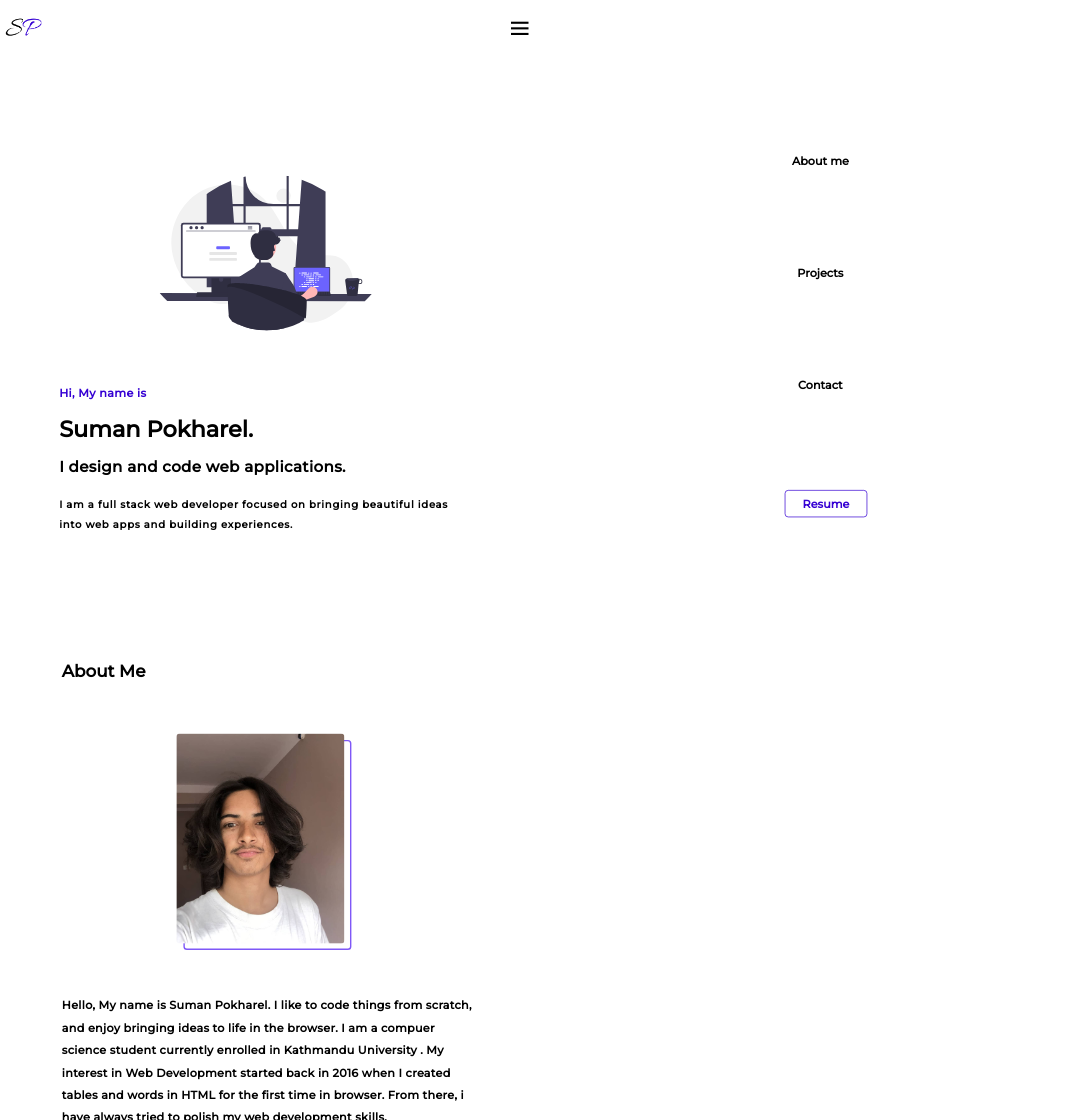
Repository: iamsumanp/portfolio
Page: /
These files come from the project's save history. The page is drawn as it stood at one moment and after the next save; the edit follows.
The browser window is 768 px wide. The page is 1536 px wide, so the pictures cover 1536 px, including what lies to the right of the window. The pictures show the part of the page from y = 0 to 1600 px (the page is 5953 px tall), at 70% of full size.
The project was rebuilt for these pictures with package versions that can differ from the ones it lists, and the page was loaded fresh each time.

Above is the page before, as saved 2022-07-11 15:40:29.

### public/index.html
<!DOCTYPE html>
<html lang="en">
  <head>
    <meta charset="utf-8" />
    <link rel="icon" href="%PUBLIC_URL%/favicon.ico" />
    <meta name="viewport" content="width=device-width, minimum-scale=1" />
    <meta name="theme-color" content="#000000" />
    <meta name="portfolio" content="mePortfolio" />
    <!-- <link rel="apple-touch-ion" href="%PUBLIC_URL%/logo192.png" /> -->

    <link rel="manifest" href="%PUBLIC_URL%/manifest.json" />
    <link rel="preconnect" href="https://fonts.googleapis.com" />
    <link rel="preconnect" href="https://fonts.gstatic.com" crossorigin />
    <link
      href="https://fonts.googleapis.com/css2?family=Montserrat:wght@500&display=swap"
      rel="stylesheet"
    />
    <title>Suman Pokharel</title>
  </head>
  <body>
    <div id="root"></div>
  </body>
</html>

### src/App.tsx
import "./App.css";
import { BrowserRouter as Router } from "react-router-dom";
import { NavBar } from "./Components/NavBar";
import "./styles/styles.css";
import { Hero } from "./Components/Hero";
import { AboutMe } from "./Components/AboutMe";
import { Projects } from "./Components/Projects";
import { Contact } from "./Components/Contact";
import { Footer } from "./Components/Footer";

function App() {
  return (
    <Router>
      <NavBar />
      <Hero />
      <AboutMe />
      <Projects />
      <Contact />
      <hr />
      <Footer />
    </Router>
  );
}

export default App;

### src/Components/NavBar.tsx
import { gsap } from "gsap";
import React, { useEffect, useRef, useState } from "react";
import { HashLink } from "react-router-hash-link";
const myLogo = require("../assets/logo.png");

export const NavBar = () => {
  const [active, setActive] = useState(false);

  const navRef = useRef<HTMLDivElement>(null);

  const q = gsap.utils.selector(navRef);

  const tl0: gsap.TimelineVars | undefined = useRef(null); // gsap.TimelineVars | undefined
  // const tl10: gsap.TimelineVars | undefined = useRef(null); // gsap.TimelineVars | undefined

  // const imgRef = useRef(null);

  const burgerClick = () => {
    setActive(!active);
  };

  useEffect(() => {
    // if (active === false) {
    //   tl10.current = gsap.timeline({ defaults: { duration: 1 } }).fromTo(
    //     q(".navUl"),
    //     {
    //       y: 5,
    //       opacity: 0,
    //     },
    //     {
    //       y: 0,
    //       opacity: 1,
    //       stagger: {
    //         each: 1,
    //       },
    //     }
    //   );
    // }

    tl0.current = gsap.timeline({ defaults: { duration: 1 } }).fromTo(
      q(".logoImg"),
      {
        opacity: 0,
      },
      {
        opacity: 1,
      }
    );
  });

  return (
    <nav className="navBar" ref={navRef}>
      <HashLink to="#heroSection" className="linkHash" smooth>
        <img
          src={myLogo}
          alt="SP"
          className="logoImg"
          onClick={active ? burgerClick : undefined}
          // ref={imgRef}
        />
      </HashLink>

      <ul className={active ? "navUl nav-active" : "navUl"}>
        <li className="navLinks" onClick={active ? burgerClick : undefined}>
          <HashLink to="#aboutMe" className="linkHash" smooth>
            About me
          </HashLink>
        </li>
        <li className="navLinks" onClick={active ? burgerClick : undefined}>
          <HashLink to="#projectSection" className="linkHash" smooth>
            Projects
          </HashLink>
        </li>
        <li className="navLinks" onClick={active ? burgerClick : undefined}>
          <HashLink to="#contact" className="linkHash" smooth>
            Contact
          </HashLink>
        </li>
        <li className="navLinks resume">Resume</li>
      </ul>
      <div className="burgerMenu" onClick={() => burgerClick()}>
        <div className={active ? "line1 toggle" : "line1"}></div>
        <div className={active ? "line2 toggle2" : "line2"}></div>
        <div className={active ? "line3 toggle3" : "line3"}></div>
      </div>
    </nav>
  );
};

### src/styles/styles.css
:root {
  --main-purple: #3500d3;
}

* {
  box-sizing: border-box;
  font-family: "Montserrat", sans-serif;
}

body {
  margin: 0;
  padding: 0;
}
@media (max-width: 900px) {
  body {
    overflow-x: hidden;
  }
}

.navBar {
  display: flex;
  flex-direction: row;
  justify-content: space-between;
  align-items: center;
  min-height: 5rem;
  font-weight: bolder;
  padding: 0.2% 14%;
}
@media (max-width: 1100px) {
  .navBar {
    margin-bottom: 5rem;
    overflow-x: hidden;
    padding: 0.2% 1%;
  }
}
.navBar .logoImg {
  height: 25px;
}
.navBar .navUl {
  list-style: none;
  display: flex;
  flex-direction: row;
}
@media (max-width: 900px) {
  .navBar .navUl {
    position: absolute;
    right: 0;
    top: 8vh;
    height: 100vh;
    background-color: rgb(255, 255, 255);
    flex-direction: column;
    width: 100%;
    z-index: 1;
    justify-content: space-evenly;
    transform: translateX(100%);
    transition: transform 0.4s ease-in;
  }
}
.navBar .nav-active {
  transform: translateX(0%);
}
.navBar .burgerMenu {
  display: none;
}
@media (max-width: 900px) {
  .navBar .burgerMenu {
    display: block;
    cursor: pointer;
  }
}
.navBar .burgerMenu .toggle {
  transform: rotate(-45deg) translate(-5px, 6px);
}
.navBar .burgerMenu .toggle2 {
  opacity: 0;
}
.navBar .burgerMenu .toggle3 {
  transform: rotate(45deg) translate(-5px, -6px);
}
.navBar .burgerMenu div {
  width: 25px;
  height: 3px;
  background-color: black;
  transition: transform 0.4s ease;
  margin: 5px;
}
.navBar .navLinks {
  padding: 0 30px;
  cursor: pointer;
  align-self: center;
  text-decoration: none;
}
.navBar .navLinks.resume {
  border: solid 1px var(--main-purple);
  color: var(--main-purple);
  padding: 9px 25px;
  border-radius: 5px;
  margin-left: 1rem;
}
.navBar .navLinks .linkHash {
  text-decoration: none;
  color: black;
}

.heroSection {
  overflow-x: hidden;
  height: 90vh;
  width: 80%;
  display: flex;
  flex-direction: row;
  align-items: center;
  margin: auto;
  padding: 0 2% 0 5%;
}
@media (max-width: 1100px) {
  .heroSection {
    flex-direction: column-reverse;
    justify-content: center;
    align-items: center;
    padding: 0 2% 0 1%;
  }
}
.heroSection .content {
  display: flex;
  flex-direction: column;
}
@media (max-width: 1100px) {
  .heroSection .content {
    margin-top: 5rem;
  }
}
.heroSection .content .h4text {
  color: var(--main-purple);
}
.heroSection .content .h1text {
  margin-top: 0;
  font-size: 2.5rem;
}
@media (max-width: 800px) {
  .heroSection .content .h1text {
    font-size: 2rem;
  }
}
.heroSection .content .h4text,
.heroSection .content .h2text {
  letter-spacing: 0.5px;
  margin-top: 0;
}
.heroSection .content .h2text {
  font-size: 1.8rem;
}
@media (max-width: 800px) {
  .heroSection .content .h2text {
    font-size: 1.35rem;
  }
}
.heroSection .content .h5text {
  width: 55%;
  line-height: 2;
  letter-spacing: 1px;
  margin-top: 10px;
  font-size: 0.9rem;
}
@media (max-width: 800px) {
  .heroSection .content .h5text {
    width: 100%;
  }
}
.heroSection .svgImgg {
  margin-left: auto;
  width: 22rem;
}
@media (max-width: 1100px) {
  .heroSection .svgImgg {
    margin-left: 0;
  }
}
@media (max-width: 800px) {
  .heroSection .svgImgg {
    width: 19rem;
  }
}

.aboutMeSection {
  width: 80%;
  margin: auto;
  display: flex;
  flex-direction: column;
  justify-content: center;
  padding: 7% 2% 10% 5%;
}
@media (max-width: 1100px) {
  .aboutMeSection {
    padding: 7rem 2% 10% 1.5%;
  }
}
.aboutMeSection .contentAndImage {
  display: flex;
  flex-direction: row;
}
@media (max-width: 1100px) {
  .aboutMeSection .contentAndImage {
    flex-direction: column-reverse;
    margin-top: 2rem;
  }
}
.aboutMeSection .h2textabout {
  margin-top: -3rem;
}
.aboutMeSection .aboutMeContent {
  display: flex;
  flex-direction: column;
  width: 60%;
}
@media (max-width: 1100px) {
  .aboutMeSection .aboutMeContent {
    width: 100%;
  }
}
.aboutMeSection .imgContainer {
  margin-left: auto;
  margin-top: 2rem;
  position: relative;
  height: 350px;
  width: 280px;
  border: solid 2px #7f58f7;
  border-radius: 5px;
}
@media (max-width: 1100px) {
  .aboutMeSection .imgContainer {
    margin-left: 0;
    align-self: center;
    margin-bottom: 2rem;
  }
}
@media (max-width: 800px) {
  .aboutMeSection .imgContainer {
    height: 300px;
    width: 240px;
  }
}
.aboutMeSection .imgContainer .imgProfile {
  height: 350px;
  position: absolute;
  right: 8px;
  top: -11px;
  border-radius: 5px;
}
@media (max-width: 800px) {
  .aboutMeSection .imgContainer .imgProfile {
    height: 300px;
  }
}
.aboutMeSection .spanText {
  font-weight: bold;
  margin-top: 2rem;
  line-height: 2;
  letter-spacing: 0.4px;
}
.aboutMeSection .spanText.tech {
  margin-top: 5rem;
}
.aboutMeSection .backEndFrontEndContainer {
  display: flex;
  flex-direction: row;
  margin-top: 4rem;
  justify-content: space-between;
}
@media (max-width: 1100px) {
  .aboutMeSection .backEndFrontEndContainer {
    flex-direction: column;
  }
}
.aboutMeSection .backEndFrontEndContainer .frontEndBox {
  box-shadow: 0 4px 8px 0 rgba(0, 0, 0, 0.2), 0 6px 20px 0 rgba(0, 0, 0, 0.19);
  padding: 2rem 2.5rem;
  display: flex;
  flex-direction: column;
  border-radius: 5px;
}
@media (max-width: 1100px) {
  .aboutMeSection .backEndFrontEndContainer .frontEndBox {
    padding: 1rem;
    margin-bottom: 3rem;
  }
}
.aboutMeSection .backEndFrontEndContainer .frontEndBox .spanTitle {
  align-self: center;
  text-transform: uppercase;
  font-weight: bold;
}

.frontEndTools,
.backEndBox {
  display: flex;
  flex-direction: row;
  margin-top: 1rem;
}
.frontEndTools .fnTools2,
.backEndBox .fnTools2 {
  margin-left: 3rem;
}
@media (max-width: 900px) {
  .frontEndTools .fnTools2,
.backEndBox .fnTools2 {
    margin-left: 0.1rem;
  }
}
.frontEndTools .fnTool,
.backEndBox .fnTool {
  display: flex;
  align-items: center;
  margin: 1.5rem 0.5rem;
}
.frontEndTools .fnTool .triangleRight,
.backEndBox .fnTool .triangleRight {
  color: var(--main-purple);
}

.techName {
  margin-left: 0.8rem;
  text-transform: uppercase;
  font-size: 15px;
}
@media (max-width: 900px) {
  .techName {
    font-size: 11px;
    margin-left: 0.2rem;
  }
}

.projectsSection {
  width: 80%;
  margin: auto;
  padding: 5% 2% 0 5%;
  display: flex;
  flex-direction: column;
}
@media (max-width: 1100px) {
  .projectsSection {
    padding: 7rem 2% 10% 1.5%;
  }
}
.projectsSection .Project1Container,
.projectsSection .Project3Container {
  display: flex;
  flex-direction: column;
}
.projectsSection .nameLabelLine {
  margin: 2rem 0;
  display: flex;
  flex-direction: row;
  align-items: center;
}
.projectsSection .nameLabelLine .vl {
  border-bottom: 1px solid gray;
  margin-top: 5px;
  height: inherit;
  width: 35%;
}
@media (max-width: 1100px) {
  .projectsSection .nameLabelLine .vl {
    width: 50%;
  }
}
.projectsSection .h2textabout {
  margin-top: -3rem;
}
.projectsSection .projectContentAndImage {
  display: flex;
  flex-direction: row;
  justify-content: space-between;
}
@media (max-width: 1100px) {
  .projectsSection .projectContentAndImage {
    flex-direction: column-reverse;
  }
}
.projectsSection .projectContentAndImage .hirestationImg {
  height: 15rem;
  border-radius: 5px;
  margin-left: auto;
}
@media (max-width: 1100px) {
  .projectsSection .projectContentAndImage .hirestationImg {
    margin-left: 0;
    align-self: center;
    margin: 2rem 0 4rem 0;
  }
}
@media (max-width: 800px) {
  .projectsSection .projectContentAndImage .hirestationImg {
    height: 10rem;
  }
}
.projectsSection .linksContainer {
  display: flex;
  align-items: center;
  margin: 2rem 0;
}

.projContent {
  width: 50%;
  line-height: 1.5;
  letter-spacing: 0.5px;
}
@media (max-width: 1100px) {
  .projContent {
    width: 100%;
  }
}

.projectLabel {
  font-weight: bold;
  margin-right: 1rem;
}

.Project2Container {
  display: flex;
  flex-direction: column;
  margin-top: 5rem;
  margin-bottom: 7.5rem;
}
.Project2Container .nameLabelLine2 {
  margin: 2rem 0;
  display: flex;
  flex-direction: row;
  justify-content: end;
}
.Project2Container .nameLabelLine2 .vl {
  border-bottom: 1px solid gray;
  margin-bottom: 5px;
  width: 35%;
  margin-right: 1rem;
}
@media (max-width: 1100px) {
  .Project2Container .nameLabelLine2 .vl {
    width: 50%;
  }
}
@media (max-width: 800px) {
  .Project2Container .nameLabelLine2 .vl {
    width: 40%;
  }
}

.projectContentAndImage1 {
  display: flex;
  flex-direction: row;
  justify-content: space-between;
}
@media (max-width: 1100px) {
  .projectContentAndImage1 {
    flex-direction: column;
  }
}
.projectContentAndImage1 .baathcheethImg {
  height: 15rem;
  border-radius: 5px;
  margin-right: auto;
  padding-right: 2rem;
}
@media (max-width: 1100px) {
  .projectContentAndImage1 .baathcheethImg {
    margin-right: 0;
    align-self: center;
    margin: 2rem 0 4rem 0;
  }
}
@media (max-width: 800px) {
  .projectContentAndImage1 .baathcheethImg {
    height: 10rem;
  }
}

.ContactSection {
  width: 80%;
  margin: auto;
  padding: 5% 2% 10% 5%;
  display: flex;
  flex-direction: column;
}
@media (max-width: 1100px) {
  .ContactSection {
    padding: 5rem 2% 10% 1.5%;
  }
}
.ContactSection .formContainer {
  margin-top: 2rem;
}
.ContactSection .nameAndEmailSection {
  display: flex;
  flex-direction: row;
  justify-content: space-between;
}
@media (max-width: 900px) {
  .ContactSection .nameAndEmailSection {
    flex-direction: column;
    width: 100%;
  }
}
.ContactSection .nameAndEmailSection .nameContainer {
  display: flex;
  flex-direction: column;
  width: 90%;
}
@media (max-width: 900px) {
  .ContactSection .nameAndEmailSection .nameContainer {
    width: 100%;
  }
}
.ContactSection .nameAndEmailSection .emailContainer {
  display: flex;
  flex-direction: column;
  width: 90%;
  margin-left: 5rem;
}
@media (max-width: 900px) {
  .ContactSection .nameAndEmailSection .emailContainer {
    margin-left: 0;
    margin-top: 3rem;
    width: 100%;
  }
}
.ContactSection .nameAndEmailSection .inputForm {
  box-shadow: 0 4px 8px 0 rgba(0, 0, 0, 0.2), 0 6px 20px 0 rgba(0, 0, 0, 0.19);
  padding: 0.6rem 0.4rem;
  width: 100%;
  border-width: 1px;
  outline: none;
}
.ContactSection .label {
  margin-bottom: 2rem;
  font-weight: bold;
}
.ContactSection .MessageContainer {
  display: flex;
  flex-direction: column;
  margin-top: 4rem;
}
.ContactSection .MessageContainer #messageArea {
  width: 46.5%;
  box-shadow: 0 4px 8px 0 rgba(0, 0, 0, 0.2), 0 6px 20px 0 rgba(0, 0, 0, 0.19);
  height: 7rem;
  resize: none;
  outline: none;
  padding: 0.5rem 0.4rem;
}
@media (max-width: 900px) {
  .ContactSection .MessageContainer #messageArea {
    width: 100%;
  }
}
.ContactSection .submitBtn {
  background-color: #7a4eff;
  border: none;
  color: aliceblue;
  padding: 0.8rem;
  margin-top: 4rem;
  width: 10rem;
  border-radius: 3px;
  cursor: pointer;
}
@media (max-width: 900px) {
  .ContactSection .submitBtn {
    width: 100%;
  }
}

.footerSection {
  width: 80%;
  margin: auto;
  padding: 3% 2% 4% 1.5%;
}
.footerSection .footerContainer {
  display: flex;
  flex-direction: column;
}
@media (max-width: 900px) {
  .footerSection .footerContainer {
    align-items: center;
  }
}
.footerSection .socialMediaAndQuote {
  display: flex;
  justify-content: space-between;
  align-items: center;
  margin-bottom: 1rem;
}
@media (max-width: 900px) {
  .footerSection .socialMediaAndQuote {
    flex-direction: column;
  }
}
.footerSection .socialMediaAndQuote .icons {
  margin-left: 1rem;
}
@media (max-width: 900px) {
  .footerSection .socialMediaAndQuote .socialMedia {
    margin: 2rem 0;
  }
}

@media (max-width: 800px) {
  .spSpan {
    text-align: center;
  }
}/*# sourceMappingURL=styles_20220711154029.css.map */

### src/Components/Hero.tsx
import gsap from "gsap";
import { useEffect, useRef } from "react";
import SvgImg from "./IconComponent/SvgImg";

export const Hero = () => {
  const heroRef = useRef<HTMLDivElement>(null);
  const tl1: gsap.TimelineVars | undefined = useRef();
  const q = gsap.utils.selector(heroRef);
  useEffect(() => {
    tl1.current = gsap
      .timeline({
        defaults: {
          duration: 1,
        },
      })
      .fromTo(
        q(".content"),
        {
          y: 20,
          opacity: 0,
          // stagger: 0.4,
        },
        {
          y: 0,
          opacity: 1,
        }
      )
      .fromTo(
        q(".svgImgg"),
        { x: 20, opacity: 0 },
        { x: 0, opacity: 1 },
        "-=1"
      );
  });
  return (
    <div className="heroSection" id="heroSection" ref={heroRef}>
      <div className="content">
        <h4 className="h4text">Hi, My name is</h4>
        <h1 className="h1text">Suman Pokharel.</h1>
        <h2 className="h2text">I design and code web applications.</h2>
        <h5 className="h5text">
          I am a full stack web developer focused on bringing beautiful ideas
          into web apps and building experiences.
        </h5>
      </div>
      {/* <div className="svgImgg"> */}
      <SvgImg height={221} className="svgImgg" />
      {/* </div> */}
    </div>
  );
};

### src/Components/Contact.tsx
import gsap from "gsap";
import { ScrollTrigger } from "gsap/ScrollTrigger";
import { useEffect, useRef, useState } from "react";
gsap.registerPlugin(ScrollTrigger);

export const Contact = () => {
  const contactRef = useRef<HTMLDivElement>(null);
  const tline: gsap.TimelineVars | undefined = useRef();

  const q = gsap.utils.selector(contactRef);
  const [name, setName] = useState("");
  const [email, setEmail] = useState("");
  const [message, setMessage] = useState("");

  const submitHandler: React.FormEventHandler<HTMLFormElement> = (
    e: React.FormEvent<HTMLFormElement>
  ) => {
    e.preventDefault();

    setName("");
    setEmail("");
    setMessage("");
  };

  useEffect(() => {
    tline.current = gsap
      .timeline({
        defaults: { duration: 1 },
        scrollTrigger: {
          trigger: ".ContactSection",
          start: "-40 center",
          // toggleActions: "play none none reverse",
        },
      })
      .fromTo(
        q(".h2textabout"),
        { y: 10, opacity: 0 },
        {
          y: 0,
          opacity: 1,
          // duration: 2,
        }
      )
      .fromTo(
        q(".formContainer"),
        { y: 20, opacity: 0 },
        {
          y: 0,
          opacity: 1,
          // duration: 2,
        },
        "-=1"
      );
  });
  return (
    <div className="ContactSection" id="contact" ref={contactRef}>
      <h2 className="h2textabout">Interested In working together?</h2>
      <form className="formContainer" onSubmit={submitHandler}>
        <div className="nameAndEmailSection">
          <div className="nameContainer">
            <label htmlFor="Name" className="label">
              Name :
            </label>
            <input
              type="text"
              value={name}
              className="inputForm"
              onChange={(e) => setName(e.target.value)}
            />
          </div>
          <div className="emailContainer">
            <label htmlFor="Email" className="label">
              Email :
            </label>
            <input
              type="email"
              value={email}
              className="inputForm"
              onChange={(e) => setEmail(e.target.value)}
            />
          </div>
        </div>
        <div className="MessageContainer">
          <label htmlFor="Message" className="label">
            Message(optional) :
          </label>
          <textarea
            name="message"
            id="messageArea"
            // cols=30
            // rows=10
            value={message}
            onChange={(e) => setMessage(e.target.value)}
          ></textarea>
        </div>
        <button className="submitBtn" type="submit">
          SUBMIT
        </button>
      </form>
    </div>
  );
};

### src/Components/Footer.tsx
import React from "react";
import { AiFillGithub, AiFillTwitterCircle } from "react-icons/ai";
import { BsLinkedin, BsFacebook } from "react-icons/bs";

export const Footer = () => {
  return (
    <div className="footerSection">
      <div className="footerContainer">
        <div className="socialMediaAndQuote">
          <span>Designed And Built By Suman Pokhrel</span>
          <div className="socialMedia">
            <a
              href="https://www.linkedin.com/in/suman-pokharel-2a4b61206/"
              target="_blank"
              rel="noreferrer"
            >
              <BsLinkedin size={30} className="icons" fill="#2867B2" />
            </a>

            <a
              href="https://www.facebook.com/summan.pokharel/"
              target="_blank"
              rel="noreferrer"
            >
              <BsFacebook size={30} className="icons" fill="	#4267B2" />
            </a>
            <a
              href="https://github.com/iamsumanp"
              target="_blank"
              rel="noreferrer"
              style={{ color: "black" }}
            >
              <AiFillGithub size={34} className="icons" />
            </a>
            <a
              href="https://twitter.com/Itsmesuman2"
              target="_blank"
              rel="noreferrer"
            >
              <AiFillTwitterCircle size={35} className="icons" fill="#00acee" />
            </a>
          </div>
        </div>
        <span className="spSpan">&copy; 2022 - Suman</span>
      </div>
    </div>
  );
};

Loaded but not shown: src/index.tsx (common file); src/Components/IconComponent/SvgImg.tsx (791 lines, source omitted); src/Components/Projects.tsx (280 lines, source omitted); src/Components/AboutMe.tsx (185 lines, source omitted); src/App.css (no stored copy; drawn as an empty file)

After the next save:
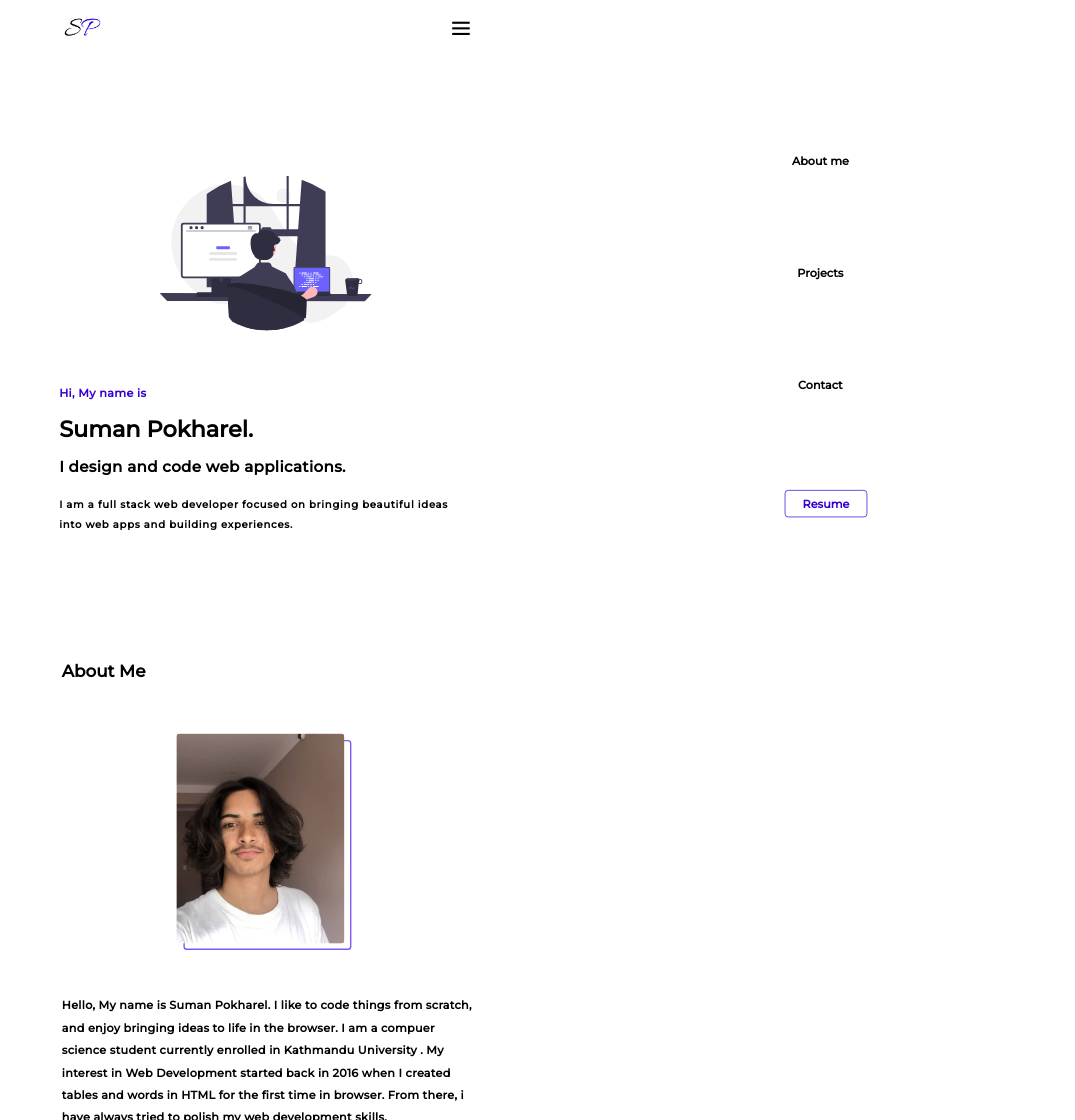
Saved 4 s later.
--- a/src/styles/styles.css
+++ b/src/styles/styles.css
@@ -30,7 +30,7 @@ body {
   .navBar {
     margin-bottom: 5rem;
     overflow-x: hidden;
-    padding: 0.2% 1%;
+    padding: 0.2% 12%;
   }
 }
 .navBar .logoImg {
@@ -605,4 +605,4 @@ body {
   .spSpan {
     text-align: center;
   }
-}/*# sourceMappingURL=styles_20220711154029.css.map */
+}/*# sourceMappingURL=styles_20220711154033.css.map */
